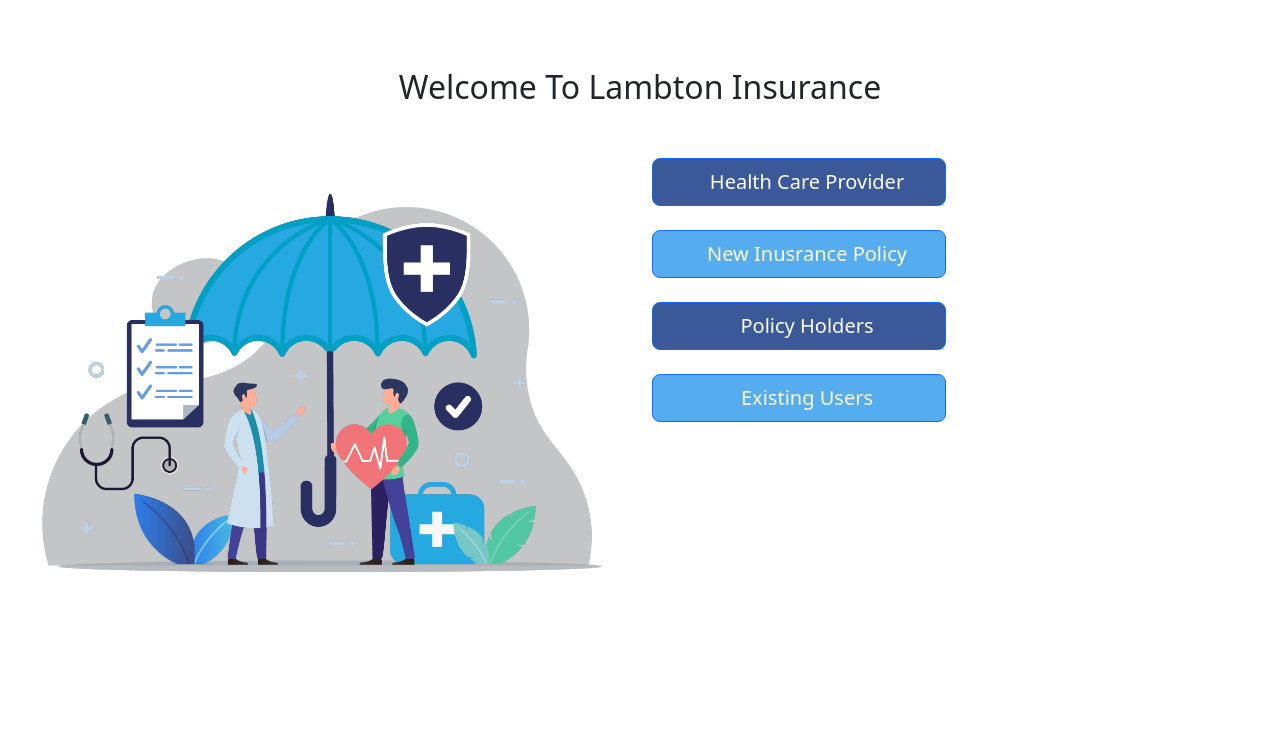
Repository: Puttaz/InsuranceGUI_React
Page: /index (app in client/)
These files come from the project's save history. The page is drawn as it stood at one moment and after the next save; the edit follows.
The browser window is 1280 px wide. The pictures show the whole page.
The project was rebuilt for these pictures with package versions that can differ from the ones it lists, and the page was loaded fresh each time. Also part of the build but not shown: client/vite.config.js, client/src/Index.css, client/src/Users.jsx, client/src/CreateUser.jsx, client/src/UpdateUser.jsx.

Above is the page before, as saved 2023-12-06 17:43:17.

### client/src/App.jsx
import { useState } from 'react'
import './App.css'
import {BrowserRouter, Routes, Route} from 'react-router-dom'
import 'bootstrap/dist/css/bootstrap.min.css'
import Index from './Index'
import Users from './Users'
import CreateUser from './CreateUser'
import UpdateUser from './UpdateUser'

function App() {
  const [count, setCount] = useState(0)

  return (
    <div>
      <BrowserRouter>
        <Routes>
          <Route path='/index' element = {<Index />}></Route>
          <Route path='/viewusers' element = {<Users />}></Route>
          <Route path='/createuser' element = {<CreateUser />}></Route>
          <Route path='/updateuser/:id' element = {<UpdateUser />}></Route>
        </Routes>
      </BrowserRouter>
    </div>
  )
}

export default App

### client/src/Index.jsx
import React from 'react';
import './App.css'; // Import your CSS file for styling
import Homepage from "./Homepage.png";
import './Index.css'

import {
  MDBContainer,
  MDBCol,
  MDBRow,
  MDBBtn,
  MDBIcon,
  MDBInput,
  MDBCheckbox
}
from 'mdb-react-ui-kit';

function App() {
  return (
    <MDBContainer fluid className="p-3 my-5">
      <div className="text-center">
      <h2 className="mt-1 mb-5 pb-1">Welcome To Lambton Insurance</h2>
      </div>
      <MDBRow>

        <MDBCol col='10' md='6'>

          <img src={Homepage}
          class="img-fluid" alt="home image" />
        </MDBCol>

        <MDBCol col='4' md='3'>

          <MDBBtn className="mb-4 w-100" size="lg" style={{backgroundColor: '#3b5998'}}>
            <MDBIcon fab icon="facebook-f" className="mx-2"/>
            Health Care Provider
          </MDBBtn>

          <MDBBtn className="mb-4 w-100" size="lg" style={{backgroundColor: '#55acee'}}>
            <MDBIcon fab icon="twitter" className="mx-2"/>
            New Inusrance Policy
          </MDBBtn>

          <MDBBtn className="mb-4 w-100" size="lg" style={{backgroundColor: '#3b5998'}}>
            <MDBIcon fab icon="facebook-f" className="mx-2"/>
            Policy Holders
          </MDBBtn>

          <MDBBtn className="mb-4 w-100" size="lg" style={{backgroundColor: '#55acee'}}>
            <MDBIcon fab icon="twitter" className="mx-2"/>
            Existing Users
          </MDBBtn>

        </MDBCol>

      </MDBRow>

    </MDBContainer>
  );
}

export default App;

Loaded but not shown: client/index.html (common file); client/src/main.jsx (common file); client/src/App.css (no stored copy; drawn as an empty file)

After the next save:
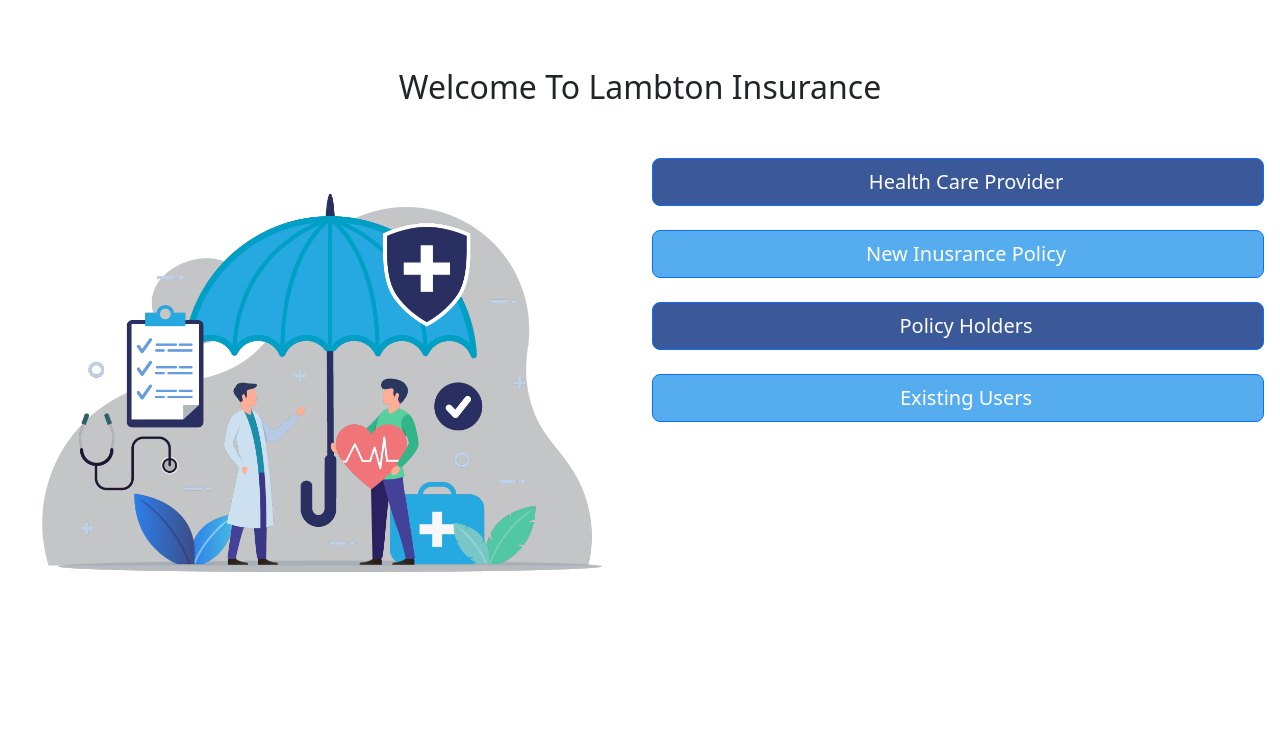
Saved 13 s later.
--- a/client/src/Index.jsx
+++ b/client/src/Index.jsx
@@ -28,7 +28,7 @@ function App() {
           class="img-fluid" alt="home image" />
         </MDBCol>
 
-        <MDBCol col='4' md='3'>
+        <MDBCol col='4' md='6'>
 
           <MDBBtn className="mb-4 w-100" size="lg" style={{backgroundColor: '#3b5998'}}>
             <MDBIcon fab icon="facebook-f" className="mx-2"/>
